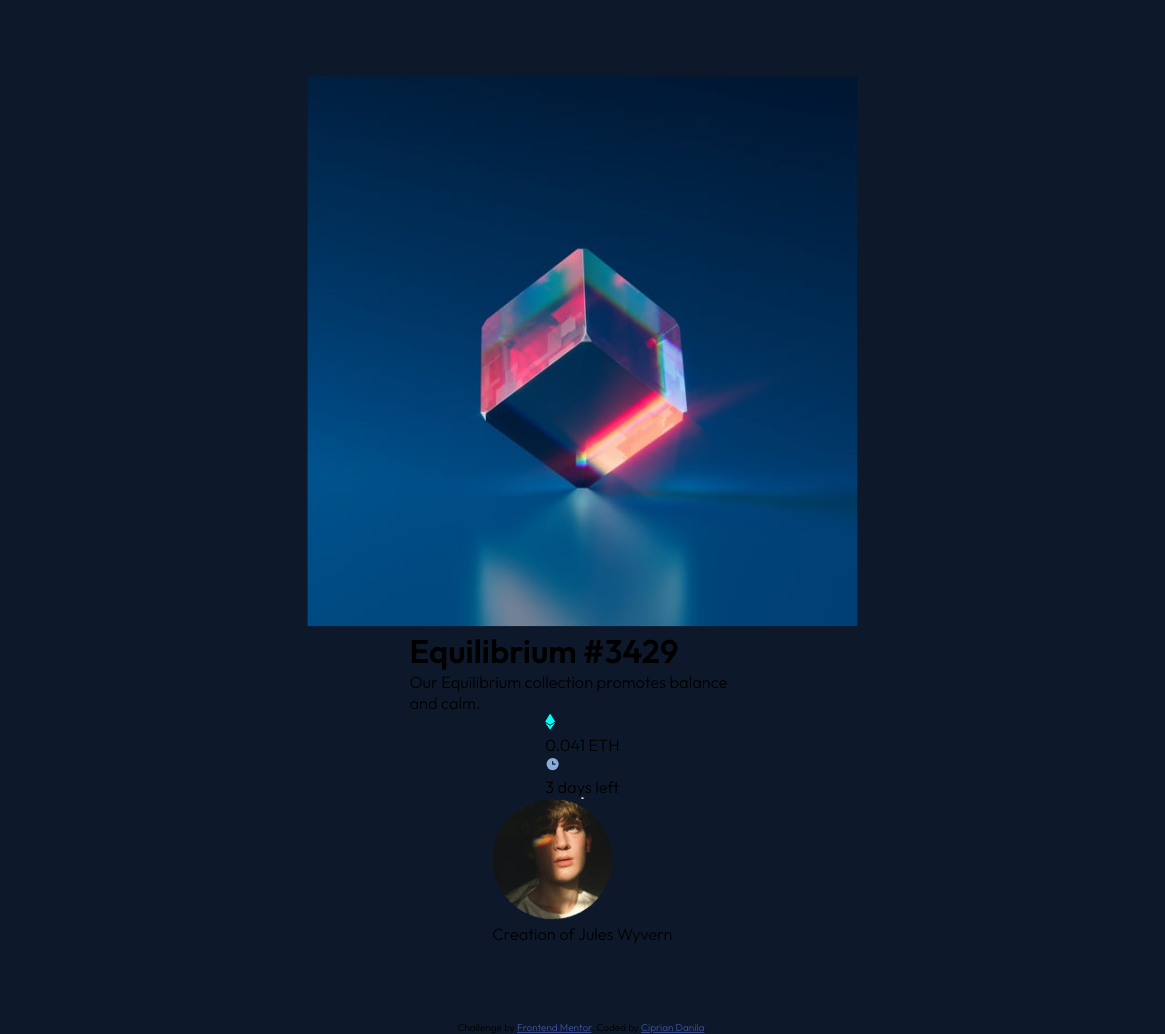
Repository: cipdanila/NFT-preview-card-component
Page: index.html
The author's editor kept a copy of each file at every save. The page is drawn from the files as they stood at one save, then again after the next save.
The browser window is 1280 px wide. The pictures show the whole page, at 91% of full size.

Above is the page before, as saved 2024-01-26 20:41:29.

### index.html
<!DOCTYPE html>
<html lang="en">
    <head>
        <meta charset="UTF-8" />
        <meta name="viewport" content="width=device-width, initial-scale=1.0" />
        <!-- displays site properly based on user's device -->

        <link rel="icon" type="image/png" sizes="32x32" href="./images/favicon-32x32.png" />
        <link rel="stylesheet" href="style.css" />
        <title>Frontend Mentor | NFT preview card component</title>
    </head>
    <body>
        <main>
            <div class="container">
                <div class="image">
                    <img src="/images/image-equilibrium.jpg" alt="cube-equilibrium" />
                </div>
                <div class="details">
                    <h1>Equilibrium #3429</h1>
                    <p>Our Equilibrium collection promotes balance and calm.</p>
                </div>
                <div class="time">
                    <img src="/images/icon-ethereum.svg" alt="ethereum" />
                    <p class="ethereum">0.041 ETH</p>
                    <img src="/images/icon-clock.svg" alt="clock" />
                    <p class="clock">3 days left</p>
                </div>
                <hr />
                <div class="owner">
                    <img src="/images/image-avatar.png" alt="avatar" />
                    <p>Creation of <span>Jules Wyvern</span></p>
                </div>
            </div>
        </main>

        <footer>
            <div class="attribution">
                Challenge by
                <a
                    href="https://www.frontendmentor.io/challenges/nft-preview-card-component-SbdUL_w0U"
                    target="_blank"
                    rel="noopener noreferer"
                    >Frontend Mentor</a
                >. Coded by <a href="https://github.com/cipdanila" target="_blank" rel="noopener noreferer">Ciprian Danila</a>.
            </div>
        </footer>
    </body>
</html>

### style.css
@import url("https://fonts.googleapis.com/css2?family=Outfit:wght@300;400;600&display=swap");

:root {
    /* Colors */
    /* Primary */
    --soft-blue: hsl(215, 51%, 70%);
    --cyan: hsl(178, 100%, 50%);                 /* active states */
    /* Neutrals */
    --very-dark-blue-main: hsl(217, 54%, 11%);   /* main background */
    --very-dark-blue-card: hsl(216, 50%, 16%);   /* card background */
    --very-dark-blue-line: hsl(215, 32%, 27%);   /* paragraph */
    --white: hsl(0, 0%, 100%);                   /* title */
}

* {
    margin: 0;
    padding: 0;
    box-sizing: border-box;
}

body {
    display: flex;
    flex-direction: column;
    font-family: 'Outfit', sans-serif;
    font-size: 18px;
    font-weight: 300;
    background-color: var(--very-dark-blue-main);
}

.container {
    max-width: 400px;
    margin: 4rem auto;
    padding: 1.25rem 0.625rem;
    border-radius: 1rem;
    display: flex;
    flex-direction: column;
    justify-content: center;
    align-items: center;
}

.attribution {
    font-size: 11px;
    text-align: center;
}
.attribution a {
    color: hsl(228, 45%, 44%);
}

After the next save:
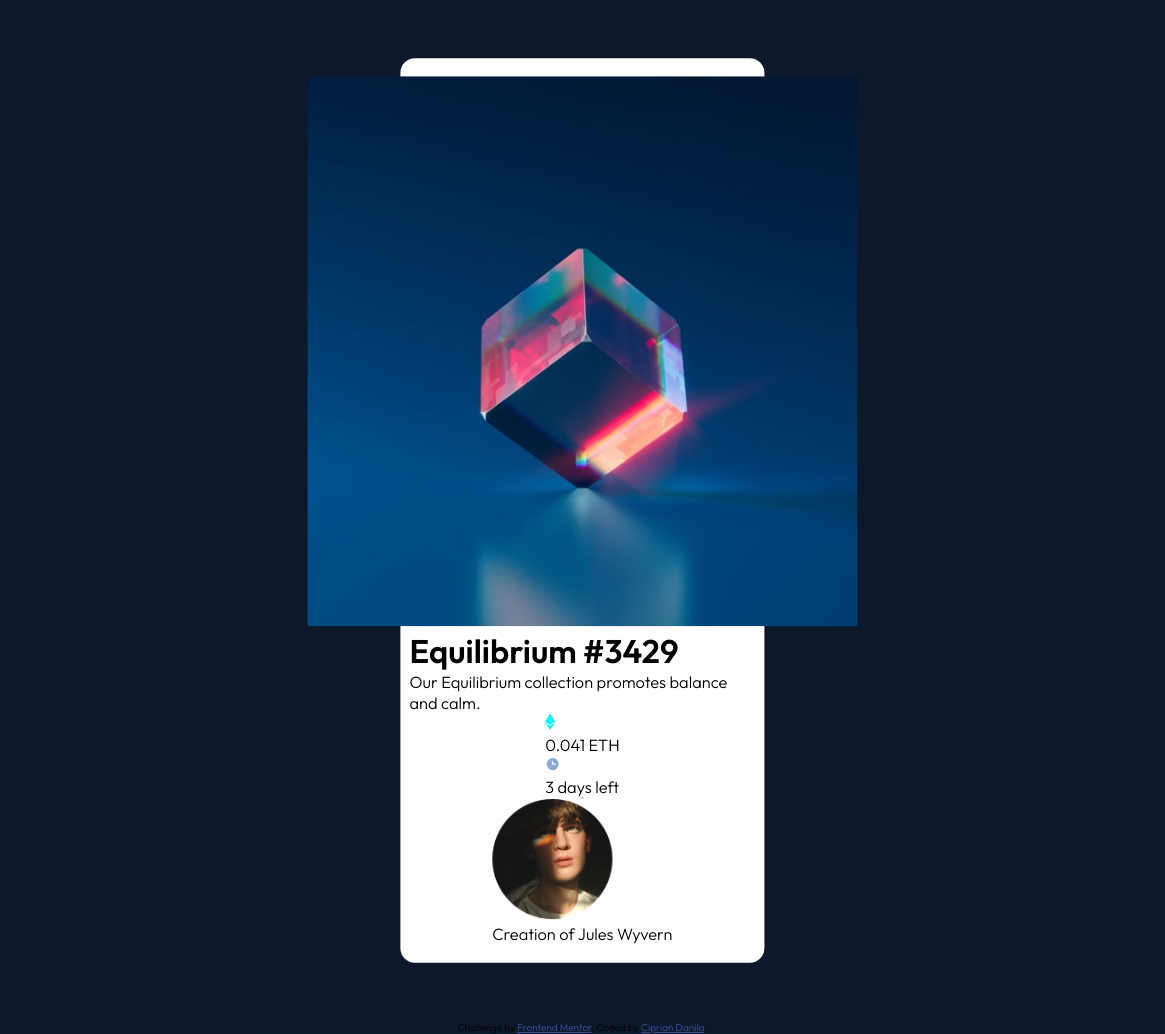
Saved 30 s later.
--- a/style.css
+++ b/style.css
@@ -36,6 +36,7 @@
     flex-direction: column;
     justify-content: center;
     align-items: center;
+    background-color: var(--white);
 }
 
 .attribution {
